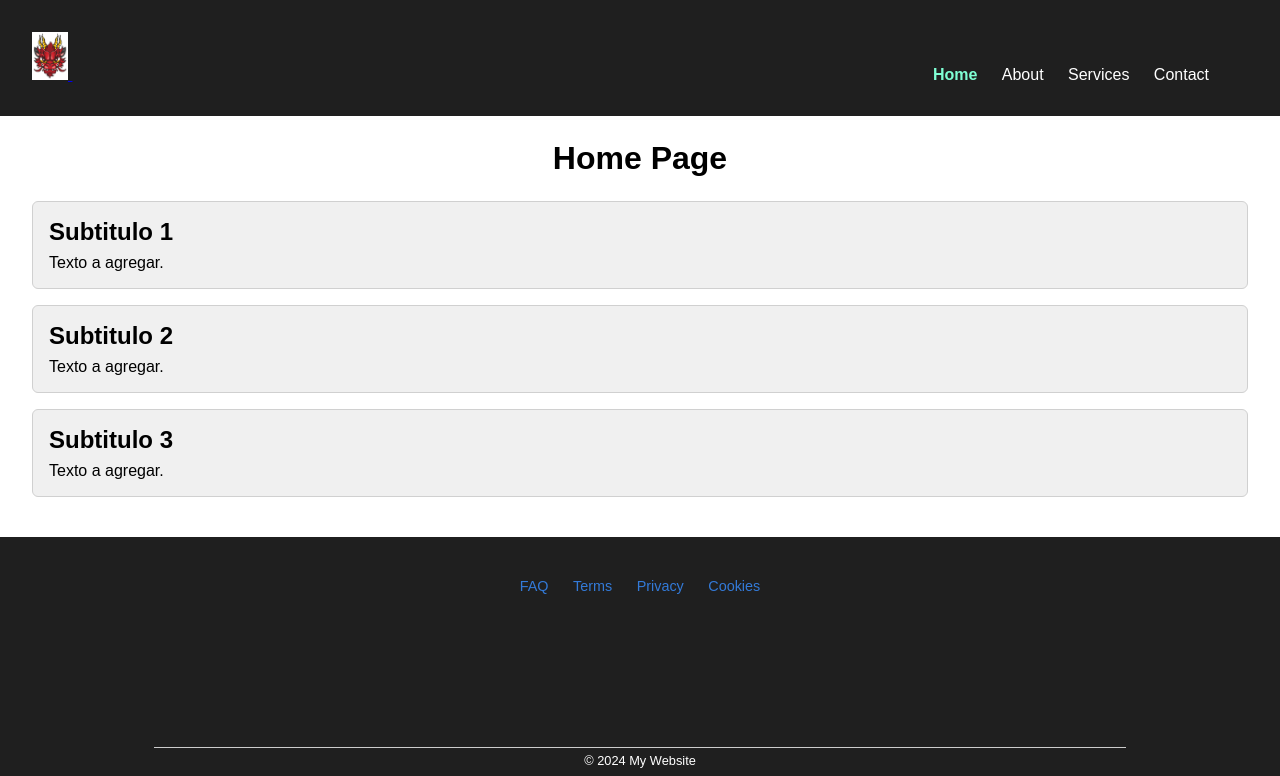
Repository: andreamm-lab/basic-navigation-example-2025-10
Page: index.html
An editor plug-in stored every save of this project. The page is shown before and after the next save, followed by the edit.
The browser window is 1280 px wide. The pictures show the whole page.

Above is the page before, as saved 2025-11-06 15:46:33.

After the next save:
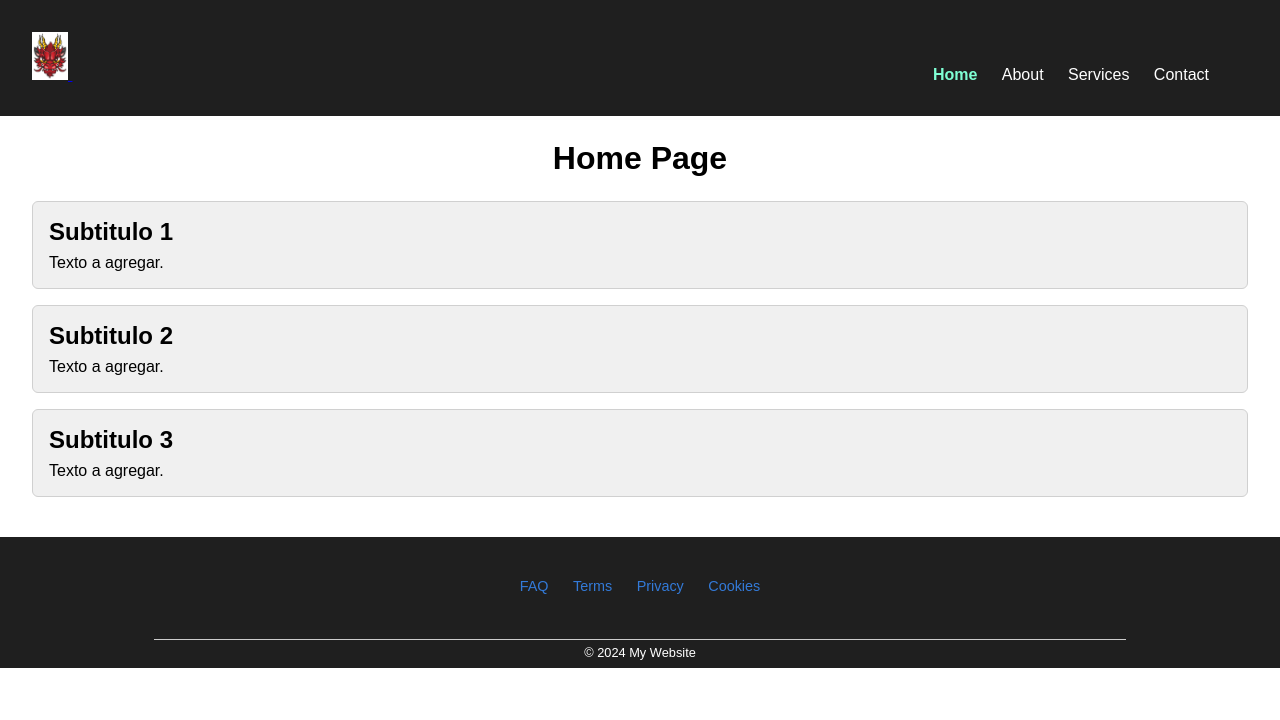
Saved 39 s later.
--- a/main.css
+++ b/main.css
@@ -145,7 +145,7 @@ main {
 #main-footer nav ul {
     display: inline-block;
     list-style: none;
-    margin-bottom: 120px;
+    margin-bottom: 12px; /* Distance between FAQ text and white line */
 }
 
 #main-footer nav ul li {
